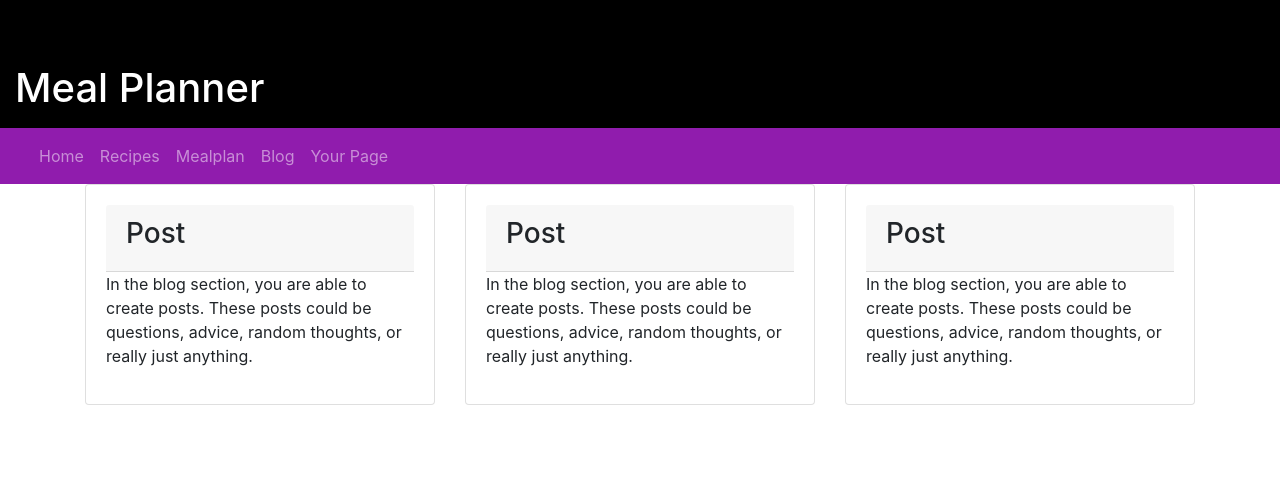
Repository: madisonisfan/mealplanner-react
Page: /
These files come from the project's save history. The page is drawn as it stood at one moment and after the next save; the edit follows.
The browser window is 1280 px wide. The pictures show the whole page.
The project was rebuilt for these pictures with package versions that can differ from the ones it lists, and the page was loaded fresh each time.

Above is the page before, as saved 2021-04-18 13:47:01.

After the next save:
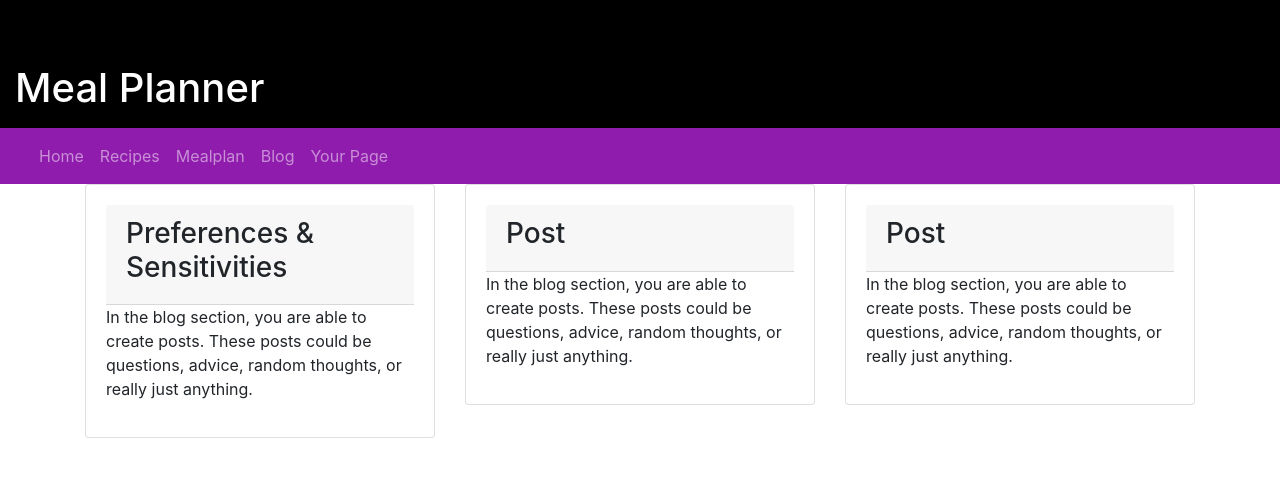
Saved 38 s later.
--- a/src/components/HomeComponent.js
+++ b/src/components/HomeComponent.js
@@ -16,7 +16,7 @@ function Home(props) {
           <Card>
             <CardBody>
               <CardHeader>
-                <h3>Post</h3>
+                <h3>Preferences & Sensitivities</h3>
               </CardHeader>
               <p>
                 In the blog section, you are able to create posts. These posts
